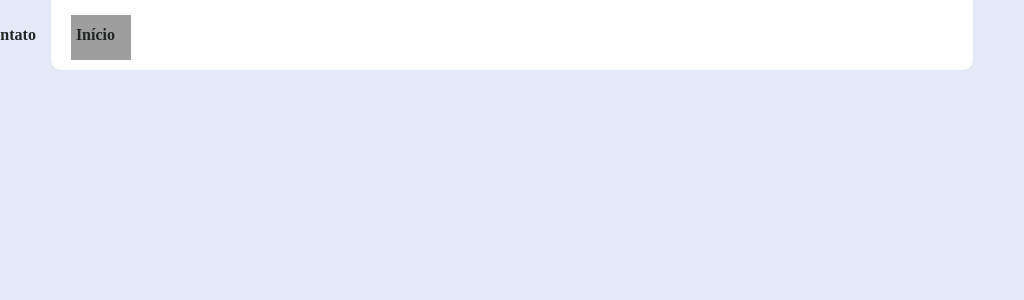
Repository: Matheus904-12/EggManSTORE
Page: index.html
An editor plug-in stored every save of this project. The page is shown before and after a run of saves, followed by the edit.
The browser window is 1024 px wide. The pictures show the whole page.
Pictures or frames that could not be fetched are drawn as grey boxes. Some web fonts or font styles are not loaded; a fallback is used.

Above is the page before, as saved 2023-11-02 14:43:47.

### index.html
<!DOCTYPE html>
<html lang="en">
<head>
    <meta charset="UTF-8">
    <meta http-equiv="X-UA-Compatible" content="IE=edge">
    <meta name="viewport" content="width=device-width, initial-scale=1.0">
    <title>Responsive Navbar using HTML, CSS and Javascript</title>
    <link rel="stylesheet" href="style.css">
</head>
<body>
    <header>
        <div class="logo">
            <img src="eggg.gif" alt="">
        </div>
        <input type="checkbox" id="nav_check" hidden>
        <nav>
            <div class="logo">
                <img src="eggg.gif" alt="">
            </div>
        <ul>
            <li>
                <a href="" class="active">Início</a>
            </li>
            <li>
                <a href="">Produtos</a>
            </li>
            <li>
                <a href="">Sobre</a>
            </li>
            <li>
                <a href="">Contato</a>
            </li>
            <li>
                <a href="">Início</a>
            </li>
        </ul>
    </nav>
    <label for="nav_check" class=".hamburger">
        <div></div>
        <div></div>
        <div></div>
    </label>
    </header>
</body>
</html>

### style.css
@font-face {
    font-family: "Poppins";
    src: url("./poppins.ttf");
}
* {
    padding: 0;
    margin: 0;
    box-sizing:border-box;
    list-style: none;
    text-decoration: none;
    font-family: "Poppins";
}
body {
    background: #E3E9F7;
}
img {
    width: 100%;
}
header {
    width: 80%;
    height: 70px;
    background: #FEFEFE;
    display: flex;
    align-items: center;
    justify-content: space-between;
    padding: 0 40px;
    border-radius: 0 0 10px 10px;
    margin: 0 auto;
}
.logo {
    width: 60px;
    margin-top: 8px;
}
nav .logo {
    display: none;
}
nav ul {
    display: flex;
}
nav ul li a {
    color: #212526;
    display: block;
    margin: 0 2px;
    font-weight: 600;
    padding: 8px 18px;
    transition: 0.2s;
    border-radius: 30px;
}
nav ul li a:hover {
    background: #F6F4FF;
}
nav ul li a:active {
    background: #4a2ec7;
    color: #FFF;
}
.hamburger {
    display: none;
    height: fit-content;
    cursor: pointer;
    padding: 3px 8px;
    border-radius: 5px;
    transition: 0.2s;
}
.hamburger:hover {
    background: #F6F4FF;
}
.hamburger div {
    width: 30px;
    height: 2px;
    margin: 6px 0;
    background: #212526;
}
@media only screen and (max-width: 1100px) {
    header {
        width: 90%;
        padding: 0 20px;
    }
    nav {
        position: absolute;
        left: -300px;
        top
    }
}

After the next 8 saves:
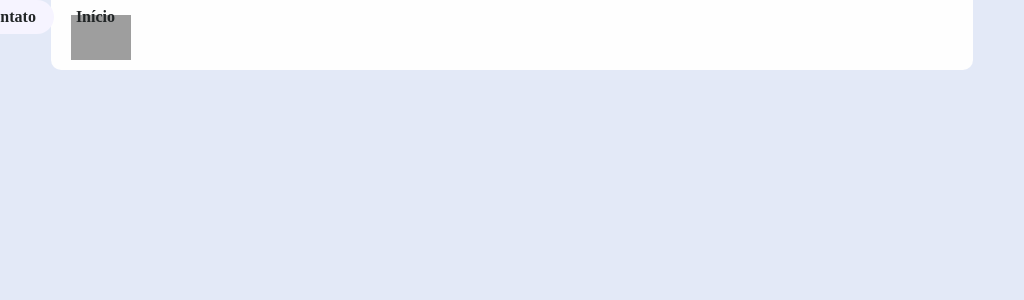
The 8 saves are shown as one change because they came seconds apart.
The last was saved 17 s later.
--- a/style.css
+++ b/style.css
@@ -78,6 +78,7 @@ nav ul li a:active {
     nav {
         position: absolute;
         left: -300px;
-        top
+        top: 0;
+        z-index: ;
     }
 }
